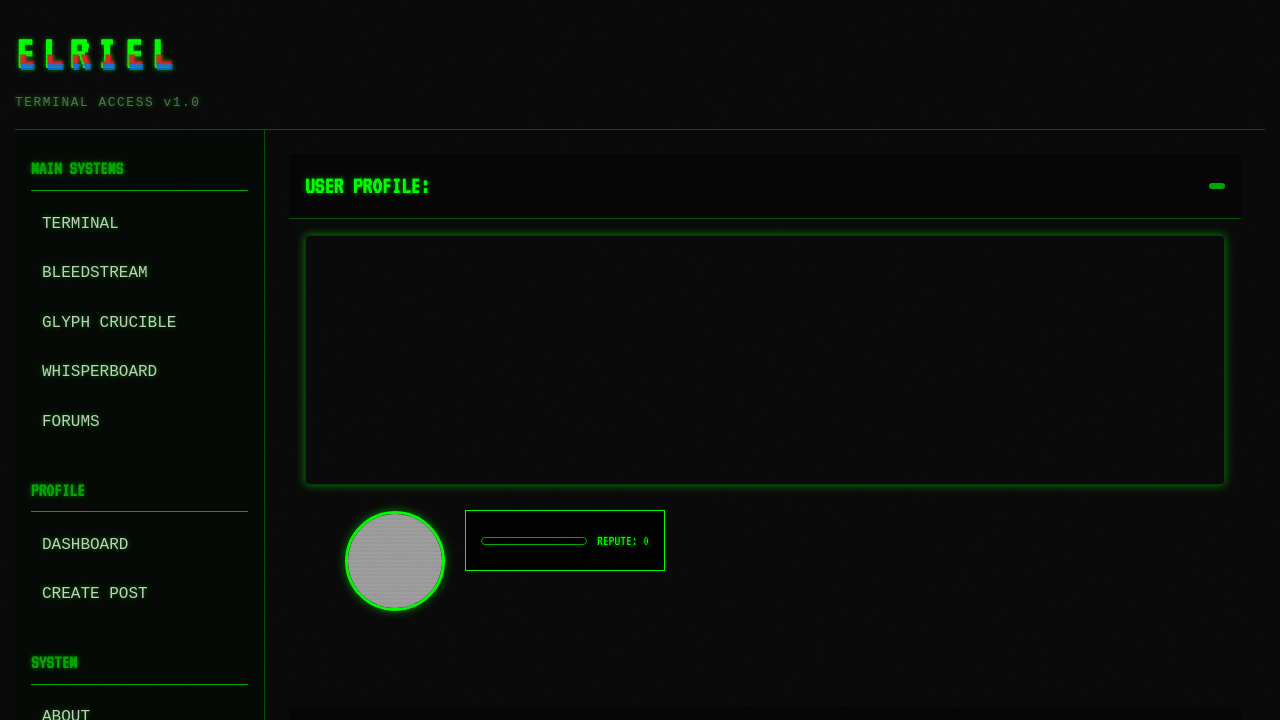
Repository: numbpill3d/elriel_1.0-forum
Page: views/profile/view-enhanced.html
An editor plug-in stored every save of this project. The page is shown before and after the next save, followed by the edit.
The browser window is 1280 px wide. The pictures show the whole page.
Pictures or frames that could not be fetched are drawn as grey boxes. An inner scrolling area shows only its first screen. Some web fonts or font styles are not loaded; a fallback is used.

Above is the page before, as saved 2025-04-25 21:20:43.
Console error: ReferenceError: __DATA__ is not defined

### views/profile/view-enhanced.html
<!DOCTYPE html>
<html lang="en">
<head>
  <meta charset="UTF-8">
  <meta name="viewport" content="width=device-width, initial-scale=1.0">
  <title>PROFILE | ELRIEL</title>
  <link rel="stylesheet" href="/css/main.css">
  <link rel="stylesheet" href="/css/glitch.css">
  <link rel="stylesheet" href="/css/profile.css">
  <script src="https://cdnjs.cloudflare.com/ajax/libs/three.js/r128/three.min.js"></script>
  <script src="/js/glyph3d.js" defer></script>
  <script src="/js/glitch.js" defer></script>
  <style>
    /* Enhanced Profile Styles */
    .light-theme {
      --bg-color: #0f0f0f;
      --terminal-bg: #0a0a0a;
      --terminal-green: #00ff00;
      --terminal-dim-green: #00aa00;
      --terminal-blue: #0077ff;
      --terminal-red: #ff0033;
      --terminal-purple: #cc00ff;
      --terminal-text: #cccccc;
      --terminal-bright: #ffffff;
      --terminal-dim: #666666;
      --glow-color: rgba(0, 255, 0, 0.5);
      --panel-bg: rgba(0, 20, 0, 0.7);
      --panel-border: 1px solid rgba(0, 255, 0, 0.3);
      --sidebar-bg: rgba(5, 10, 5, 0.8);
    }

    /* Profile Header */
    .profile-view-header {
      position: relative;
      height: 250px;
      margin-bottom: 1rem;
      overflow: hidden;
      border: 1px solid rgba(0, 255, 0, 0.2);
    }

    /* Background options */
    .profile-bg-single {
      position: absolute;
      top: 0;
      left: 0;
      width: 100%;
      height: 100%;
      background-size: cover;
      background-position: center;
      filter: brightness(50%) contrast(150%);
    }

    .profile-bg-tiled {
      position: absolute;
      top: 0;
      left: 0;
      width: 100%;
      height: 100%;
      background-repeat: repeat;
      filter: brightness(50%) contrast(150%);
    }

    /* Profile avatar and info section */
    .profile-info-section {
      position: relative;
      display: flex;
      align-items: flex-start;
      flex-wrap: wrap;
      margin: -50px 20px 0 20px;
      z-index: 10;
    }

    .profile-view-avatar {
      flex: 0 0 100px;
      width: 100px;
      height: 100px;
      border-radius: 50%;
      background-color: rgba(0, 0, 0, 0.8);
      border: 3px solid var(--terminal-green);
      overflow: hidden;
      margin-right: 20px;
    }

    .profile-view-info {
      flex: 1;
      min-width: 200px;
      padding: 10px 15px;
      background-color: rgba(0, 0, 0, 0.8);
      border: 1px solid var(--terminal-green);
    }

    /* Sigil display */
    .profile-sigil-display {
      flex: 0 0 130px;
      height: 130px;
      margin-left: auto;
      display: flex;
      align-items: center;
      justify-content: center;
    }

    .profile-sigil-wrapper {
      width: 120px;
      height: 120px;
      position: relative;
    }

    /* Container customization */
    .profile-containers {
      margin-top: 2rem;
      display: grid;
      grid-template-columns: repeat(auto-fit, minmax(300px, 1fr));
      gap: 1.5rem;
    }

    .profile-container {
      background-color: var(--panel-bg);
      border: var(--panel-border);
      border-radius: 4px;
      overflow: hidden;
    }

    .container-header {
      padding: 0.8rem 1rem;
      background-color: rgba(0, 0, 0, 0.3);
      border-bottom: var(--panel-border);
      display: flex;
      justify-content: space-between;
      align-items: center;
    }

    .container-title {
      font-family: var(--header-font);
      color: var(--terminal-green);
      font-size: 1.1rem;
      margin: 0;
    }

    .container-content {
      padding: 1rem;
    }

    /* Container types */
    .container-image-gallery {
      display: grid;
      grid-template-columns: repeat(auto-fill, minmax(120px, 1fr));
      gap: 0.5rem;
    }

    .gallery-image {
      width: 100%;
      aspect-ratio: 1;
      object-fit: cover;
      border: 1px solid rgba(0, 255, 0, 0.2);
      transition: all 0.3s ease;
    }

    .gallery-image:hover {
      transform: scale(1.05);
      border-color: var(--terminal-green);
    }

    .container-list ul {
      list-style-type: none;
      padding: 0;
      margin: 0;
    }

    .container-list li {
      padding: 0.5rem 0;
      border-bottom: 1px solid rgba(0, 255, 0, 0.1);
    }

    .container-list li:last-child {
      border-bottom: none;
    }

    .container-paragraph {
      line-height: 1.6;
    }

    .container-iframe {
      width: 100%;
      min-height: 250px;
    }

    /* Repute display */
    .repute-display {
      display: flex;
      align-items: center;
      margin-top: 0.5rem;
    }

    .repute-bar {
      flex: 1;
      height: 8px;
      background-color: rgba(0, 0, 0, 0.5);
      border: 1px solid var(--terminal-dim-green);
      border-radius: 4px;
      overflow: hidden;
      margin-right: 10px;
    }

    .repute-progress {
      height: 100%;
      background-color: var(--terminal-green);
      width: 0%; /* Will be set by JavaScript */
    }

    .repute-value {
      font-family: var(--header-font);
      color: var(--terminal-green);
      font-size: 0.9rem;
    }

    /* Rewards section */
    .rewards-display {
      display: flex;
      flex-wrap: wrap;
      gap: 0.5rem;
      margin-top: 0.5rem;
    }

    .reward-badge {
      padding: 0.2rem 0.5rem;
      background-color: rgba(0, 0, 0, 0.5);
      border: 1px solid var(--terminal-dim-green);
      border-radius: 3px;
      font-size: 0.8rem;
      color: var(--terminal-dim-green);
    }

    /* Owner-only controls */
    .profile-controls {
      margin-top: 1rem;
      padding: 1rem;
      background-color: rgba(0, 0, 0, 0.3);
      border: 1px dashed var(--terminal-dim-green);
      display: none;
    }

    .control-buttons {
      display: flex;
      gap: 0.5rem;
    }

    .control-btn {
      padding: 0.5rem 1rem;
      background-color: rgba(0, 255, 0, 0.2);
      border: 1px solid var(--terminal-dim-green);
      color: var(--terminal-text);
      cursor: pointer;
      transition: all 0.3s ease;
    }

    .control-btn:hover {
      background-color: rgba(0, 255, 0, 0.3);
      border-color: var(--terminal-green);
    }
  </style>
</head>
<body class="terminal light-theme">
  <div class="noise-overlay"></div>
  <div class="scan-lines"></div>
  <div class="container">
    <header class="main-header">
      <div class="logo">
        <h1 class="glitch" data-text="ELRIEL">ELRIEL</h1>
        <div class="logo-subtitle">TERMINAL ACCESS v1.0</div>
      </div>
      <div class="user-panel">
        <div id="user-status">
          <!-- User status will be injected here -->
        </div>
      </div>
    </header>

    <div class="content-wrapper">
      <nav class="sidebar">
        <div class="nav-section">
          <h3 class="nav-title">MAIN SYSTEMS</h3>
          <ul class="nav-links">
            <li><a href="/">TERMINAL</a></li>
            <li><a href="/feed/bleedstream">BLEEDSTREAM</a></li>
            <li><a href="/glyph/crucible">GLYPH CRUCIBLE</a></li>
            <li><a href="/whisper/board">WHISPERBOARD</a></li>
            <li><a href="/forum">FORUMS</a></li>
          </ul>
        </div>
        <div class="nav-section">
          <h3 class="nav-title">PROFILE</h3>
          <ul class="nav-links">
            <li><a href="/profile">DASHBOARD</a></li>
            <!-- Edit profile link only for owner -->
            <li id="edit-profile-link" style="display: none;"><a href="/profile/edit">EDIT PROFILE</a></li>
            <li><a href="/feed/new">CREATE POST</a></li>
          </ul>
        </div>
        <div class="nav-section">
          <h3 class="nav-title">SYSTEM</h3>
          <ul class="nav-links">
            <li><a href="/about">ABOUT</a></li>
            <li><a href="#" id="toggle-glitch">TOGGLE GLITCH</a></li>
          </ul>
        </div>
      </nav>

      <main class="main-content">
        <section class="profile-view-panel">
          <div class="panel-header">
            <h2>USER PROFILE: <span id="profile-view-username"></span></h2>
            <div class="status-indicator" id="profile-view-status"></div>
          </div>
          <div class="profile-view-content">
            <!-- Profile header with background -->
            <div class="profile-view-header" id="profile-view-header">
              <div id="profile-bg" class="profile-bg-single">
                <!-- Background will be set by JavaScript -->
              </div>
            </div>

            <!-- Profile info section with avatar and sigil -->
            <div class="profile-info-section">
              <div class="profile-view-avatar">
                <!-- Placeholder for avatar -->
                <div class="default-avatar"></div>
              </div>

              <div class="profile-view-info">
                <h3 id="profile-view-username-large"></h3>
                <div class="profile-view-district" id="profile-view-district"></div>
                <div class="profile-view-status-text" id="profile-view-status-text"></div>

                <!-- Repute display -->
                <div class="repute-display">
                  <div class="repute-bar">
                    <div class="repute-progress" id="repute-progress"></div>
                  </div>
                  <div class="repute-value">
                    REPUTE: <span id="repute-value">0</span>
                  </div>
                </div>

                <!-- Rewards display -->
                <div class="rewards-display" id="rewards-display">
                  <!-- Rewards will be injected here -->
                </div>
              </div>

              <div class="profile-sigil-display">
                <div class="profile-sigil-wrapper" id="profile-sigil-wrapper">
                  <!-- Sigil will be injected here -->
                </div>
              </div>
            </div>

            <!-- Owner-only controls -->
            <div class="profile-controls" id="profile-controls">
              <div class="control-buttons">
                <button class="control-btn" id="edit-profile-btn">EDIT PROFILE</button>
                <button class="control-btn" id="add-container-btn">ADD CONTAINER</button>
                <button class="control-btn" id="change-background-btn">CHANGE BACKGROUND</button>
              </div>
            </div>

            <!-- Profile containers -->
            <div class="profile-containers" id="profile-containers">
              <!-- Containers will be injected here -->
            </div>
          </div>
        </section>

        <section class="user-view-posts-panel">
          <div class="panel-header">
            <h2>RECENT POSTS</h2>
            <div class="status-indicator">ARCHIVE</div>
          </div>
          <div class="user-view-posts-content" id="user-view-posts-content">
            <!-- User posts will be injected here -->
          </div>
        </section>
      </main>
    </div>

    <footer class="main-footer">
      <div class="footer-text">ELRIEL NETWORK // ESTABLISHED 2025 // ALL RIGHTS SURRENDERED</div>
      <div class="footer-glyphs">
        <span class="glyph">⌘</span>
        <span class="glyph">⍟</span>
        <span class="glyph">⎔</span>
      </div>
    </footer>
  </div>

  <script>
    // Inject data from server
    const data = __DATA__;
    const profile = data.profile;
    const user = data.user;
    const glyph = data.glyph;
    const posts = data.posts;
    const isOwner = data.isOwner;
    const userContainers = data.containers || [];
    const userRewards = data.rewards || [];
    let glyph3DRenderer = null;

    // Update user status in header
    const userStatusEl = document.getElementById('user-status');
    if (user) {
      userStatusEl.innerHTML = `
        <div class="logged-in">
          <span class="username">${user.username}</span>
          <div class="user-links">
            <a href="/profile">PROFILE</a>
            <a href="/auth/logout">LOGOUT</a>
          </div>
        </div>
      `;
    } else {
      userStatusEl.innerHTML = `
        <div class="logged-out">
          <a href="/auth/login" class="login-btn">LOGIN</a>
          <a href="/auth/register" class="register-btn">REGISTER</a>
        </div>
      `;
    }

    // Show edit profile link if owner
    if (isOwner) {
      document.getElementById('edit-profile-link').style.display = 'list-item';
      document.getElementById('profile-controls').style.display = 'block';
    }

    // Update profile details
    document.getElementById('profile-view-username').textContent = profile.username;
    document.getElementById('profile-view-username-large').textContent = profile.username;
    document.getElementById('profile-view-status').textContent = profile.status;
    document.getElementById('profile-view-status-text').textContent = profile.status;
    document.getElementById('profile-view-district').textContent = `DISTRICT: ${profile.district_name || 'UNKNOWN'}`;

    // Update reputation display
    const reputeValue = profile.reputation || 0;
    document.getElementById('repute-value').textContent = reputeValue;

    // Calculate progress to next reward tier
    const nextRewardTier = calculateNextRewardTier(reputeValue);
    if (nextRewardTier.required > 0) {
      const progressPercent = Math.min(100, (reputeValue / nextRewardTier.required) * 100);
      document.getElementById('repute-progress').style.width = progressPercent + '%';
    }

    // Function to calculate next reward tier
    function calculateNextRewardTier(reputation) {
      const tiers = [0, 100, 150, 200, 250, 300, 350, 400, 450, 500, 600, 750];
      let nextTier = 0;

      for (let tier of tiers) {
        if (tier > reputation) {
          nextTier = tier;
          break;
        }
      }

      return {
        current: reputation,
        required: nextTier,
        progress: nextTier > 0 ? reputation / nextTier : 1
      };
    }

    // Display user rewards
    const rewardsDisplayEl = document.getElementById('rewards-display');
    if (userRewards && userRewards.length > 0) {
      userRewards.forEach(reward => {
        if (reward.is_equipped) {
          const badgeEl = document.createElement('div');
          badgeEl.className = `reward-badge ${reward.css_class || ''}`;
          badgeEl.textContent = reward.name;
          rewardsDisplayEl.appendChild(badgeEl);
        }
      });
    }

    // Set background image
    const profileBgEl = document.getElementById('profile-bg');
    if (profile.background_image) {
      // Check background type
      if (profile.profile_bg_type === 'tiled' && profile.profile_bg_tile) {
        profileBgEl.className = 'profile-bg-tiled';
        profileBgEl.style.backgroundImage = `url(${profile.background_image})`;
      } else {
        profileBgEl.className = 'profile-bg-single';
        profileBgEl.style.backgroundImage = `url(${profile.background_image})`;
      }

      profileBgEl.classList.add('glitch-image');
      profileBgEl.setAttribute('data-image', profile.background_image);
    }

    // Set profile glyph
    const profileSigilWrapperEl = document.getElementById('profile-sigil-wrapper');
    if (glyph && glyph.svg_data) {
      // Check if 3D is enabled
      if (glyph.glyph_3d_model || profile.glyph_3d) {
        // Create 3D container
        const glyph3dContainer = document.createElement('div');
        glyph3dContainer.id = 'profile-sigil-3d';
        glyph3dContainer.style.width = '100%';
        glyph3dContainer.style.height = '100%';
        profileSigilWrapperEl.appendChild(glyph3dContainer);

        // Initialize 3D renderer
        glyph3DRenderer = new Glyph3DRenderer('profile-sigil-3d', {
          seed: glyph.seed || profile.username,
          complexity: 'medium',
          shape: glyph.glyph_shape || 'sphere',
          color: glyph.glyph_color || '#00ff00',
          rotationSpeed: (profile.glyph_rotation_speed || 3) * 0.01,
          autoRotate: true,
          size: 0.8
        });
      } else {
        // Use 2D SVG
        profileSigilWrapperEl.innerHTML = glyph.svg_data;
      }
    } else {
      profileSigilWrapperEl.innerHTML = '<span>NO SIGIL SET</span>';
    }

    // Display profile containers
    const profileContainersEl = document.getElementById('profile-containers');
    if (userContainers && userContainers.length > 0) {
      userContainers.forEach(container => {
        const containerEl = document.createElement('div');
        containerEl.className = 'profile-container';

        let containerContent = '';

        // Create container header
        containerEl.innerHTML = `
          <div class="container-header">
            <h3 class="container-title">${container.title || 'UNTITLED'}</h3>
          </div>
          <div class="container-content container-${container.container_type}">
            ${generateContainerContent(container)}
          </div>
        `;

        profileContainersEl.appendChild(containerEl);
      });
    } else {
      // Display default container with instructions
      if (isOwner) {
        profileContainersEl.innerHTML = `
          <div class="profile-container">
            <div class="container-header">
              <h3 class="container-title">WELCOME</h3>
            </div>
            <div class="container-content container-paragraph">
              <p>This is your profile page. You can add custom containers, change your background, and more.</p>
              <p>Use the controls above to customize your profile.</p>
            </div>
          </div>
        `;
      } else {
        profileContainersEl.innerHTML = `
          <div class="profile-container">
            <div class="container-header">
              <h3 class="container-title">USER PROFILE</h3>
            </div>
            <div class="container-content container-paragraph">
              <p>This user hasn't added any custom containers yet.</p>
            </div>
          </div>
        `;
      }
    }

    // Function to generate container content based on type
    function generateContainerContent(container) {
      const settings = container.settings ? JSON.parse(container.settings) : {};

      switch (container.container_type) {
        case 'list':
          let listItems = '';
          if (container.content) {
            try {
              const items = JSON.parse(container.content);
              items.forEach(item => {
                listItems += `<li>${item}</li>`;
              });
            } catch (e) {
              listItems = `<li>${container.content}</li>`;
            }
          }
          return `<ul>${listItems}</ul>`;

        case 'image-gallery':
          let gallery = '';
          if (container.content) {
            try {
              const images = JSON.parse(container.content);
              images.forEach(img => {
                gallery += `<img src="${img.url}" alt="${img.caption || ''}" class="gallery-image">`;
              });
            } catch (e) {
              gallery = `<p>Error loading gallery</p>`;
            }
          }
          return gallery;

        case 'paragraph':
          return `<div>${container.content || ''}</div>`;

        case 'iframe':
          const iframeSrc = container.content || '';
          return `<iframe src="${iframeSrc}" frameborder="0" class="container-iframe"></iframe>`;

        default:
          return container.content || '';
      }
    }

    // Display user posts
    const userPostsContentEl = document.getElementById('user-view-posts-content');
    if (posts.length > 0) {
      posts.forEach(post => {
        const postEl = document.createElement('div');
        postEl.className = 'user-view-post-item';
        postEl.innerHTML = `
          <div class="post-title"><a href="/feed/post/${post.id}">${post.title}</a></div>
          <div class="post-meta">
            <span class="post-date">${new Date(post.created_at).toLocaleString()}</span>
            ${post.is_encrypted ? '<span class="post-encrypted">ENCRYPTED</span>' : ''}
          </div>
        `;
        userPostsContentEl.appendChild(postEl);
      });
    } else {
      userPostsContentEl.innerHTML = '<span>NO POSTS FOUND IN ARCHIVE.</span>';
    }

    // Handle profile action buttons
    if (isOwner) {
      document.getElementById('edit-profile-btn').addEventListener('click', function() {
        window.location.href = '/profile/edit';
      });

      document.getElementById('add-container-btn').addEventListener('click', function() {
        // Redirect to container creation
        window.location.href = '/profile/container/new';
      });

      document.getElementById('change-background-btn').addEventListener('click', function() {
        // Redirect to background customization
        window.location.href = '/profile/edit#background';
      });
    }

    // Toggle glitch effects
    document.getElementById('toggle-glitch').addEventListener('click', function(e) {
      e.preventDefault();
      document.body.classList.toggle('glitch-active');
    });
  </script>
</body>
</html>

Loaded but not shown: public/js/glyph3d.js (503 lines, source omitted); public/js/glitch.js (234 lines, source omitted); public/css/profile.css (688 lines, source omitted); public/css/main.css (435 lines, source omitted); public/css/glitch.css (421 lines, source omitted)

After the next save:
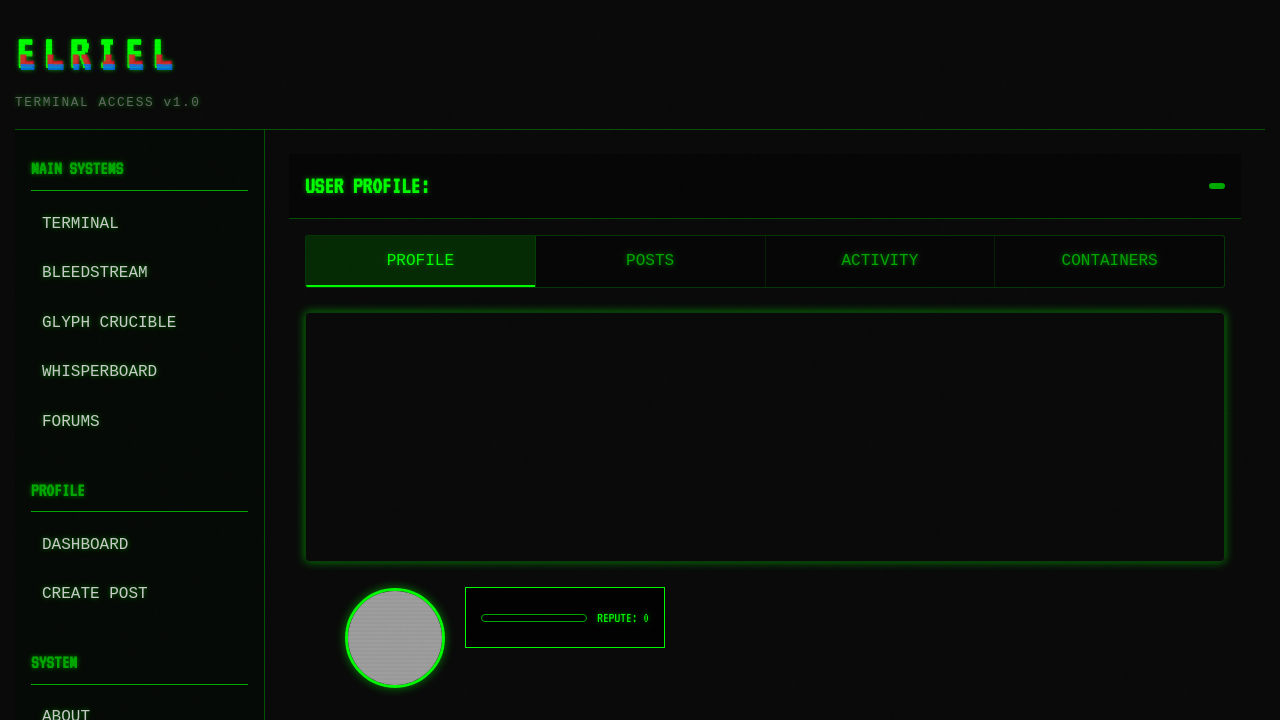
Saved 39 s later.
--- a/views/profile/view-enhanced.html
+++ b/views/profile/view-enhanced.html
@@ -312,6 +312,13 @@
             <div class="status-indicator" id="profile-view-status"></div>
           </div>
           <div class="profile-view-content">
+            <!-- Profile navigation bar -->
+            <div class="profile-nav-bar">
+              <a href="#profile" class="profile-nav-item active">PROFILE</a>
+              <a href="#posts" class="profile-nav-item">POSTS</a>
+              <a href="#activity" class="profile-nav-item">ACTIVITY</a>
+              <a href="#containers" class="profile-nav-item">CONTAINERS</a>
+            </div>
             <!-- Profile header with background -->
             <div class="profile-view-header" id="profile-view-header">
               <div id="profile-bg" class="profile-bg-single">
@@ -356,10 +363,12 @@
 
             <!-- Owner-only controls -->
             <div class="profile-controls" id="profile-controls">
-              <div class="control-buttons">
-                <button class="control-btn" id="edit-profile-btn">EDIT PROFILE</button>
-                <button class="control-btn" id="add-container-btn">ADD CONTAINER</button>
-                <button class="control-btn" id="change-background-btn">CHANGE BACKGROUND</button>
+              <a href="/profile/edit" class="edit-profile-btn">EDIT PROFILE</a>
+
+              <div class="action-buttons">
+                <a href="/profile/edit#background" class="action-button">CHANGE BACKGROUND</a>
+                <a href="/profile/edit#glyph" class="action-button">CHANGE SIGIL</a>
+                <a href="/profile/container/new" class="action-button">ADD CONTAINER</a>
               </div>
             </div>
 
@@ -640,21 +649,47 @@
       userPostsContentEl.innerHTML = '<span>NO POSTS FOUND IN ARCHIVE.</span>';
     }
 
-    // Handle profile action buttons
-    if (isOwner) {
-      document.getElementById('edit-profile-btn').addEventListener('click', function() {
-        window.location.href = '/profile/edit';
+    // Add profile navigation functionality
+    document.querySelectorAll('.profile-nav-item').forEach(navItem => {
+      navItem.addEventListener('click', function(e) {
+        e.preventDefault();
+        // Remove active class from all nav items
+        document.querySelectorAll('.profile-nav-item').forEach(item => {
+          item.classList.remove('active');
+        });
+        // Add active class to clicked item
+        this.classList.add('active');
+
+        // Get the target section from href
+        const targetSection = this.getAttribute('href').substring(1);
+
+        console.log(`Navigating to profile section: ${targetSection}`);
+
+        // For now, just scroll to appropriate section if it exists
+        const sectionMap = {
+          'profile': '.profile-info-section',
+          'posts': '.user-view-posts-panel',
+          'activity': '.profile-activity-log',
+          'containers': '.profile-containers'
+        };
+
+        if (sectionMap[targetSection]) {
+          const element = document.querySelector(sectionMap[targetSection]);
+          if (element) {
+            element.scrollIntoView({ behavior: 'smooth' });
+          }
+        }
       });
-
-      document.getElementById('add-container-btn').addEventListener('click', function() {
-        // Redirect to container creation
-        window.location.href = '/profile/container/new';
-      });
-
-      document.getElementById('change-background-btn').addEventListener('click', function() {
-        // Redirect to background customization
-        window.location.href = '/profile/edit#background';
-      });
+    });
+
+    // Check URL hash for direct section navigation
+    if (window.location.hash) {
+      const targetId = window.location.hash.substring(1);
+      const targetNav = document.querySelector(`.profile-nav-item[href="#${targetId}"]`);
+
+      if (targetNav) {
+        targetNav.click();
+      }
     }
 
     // Toggle glitch effects
